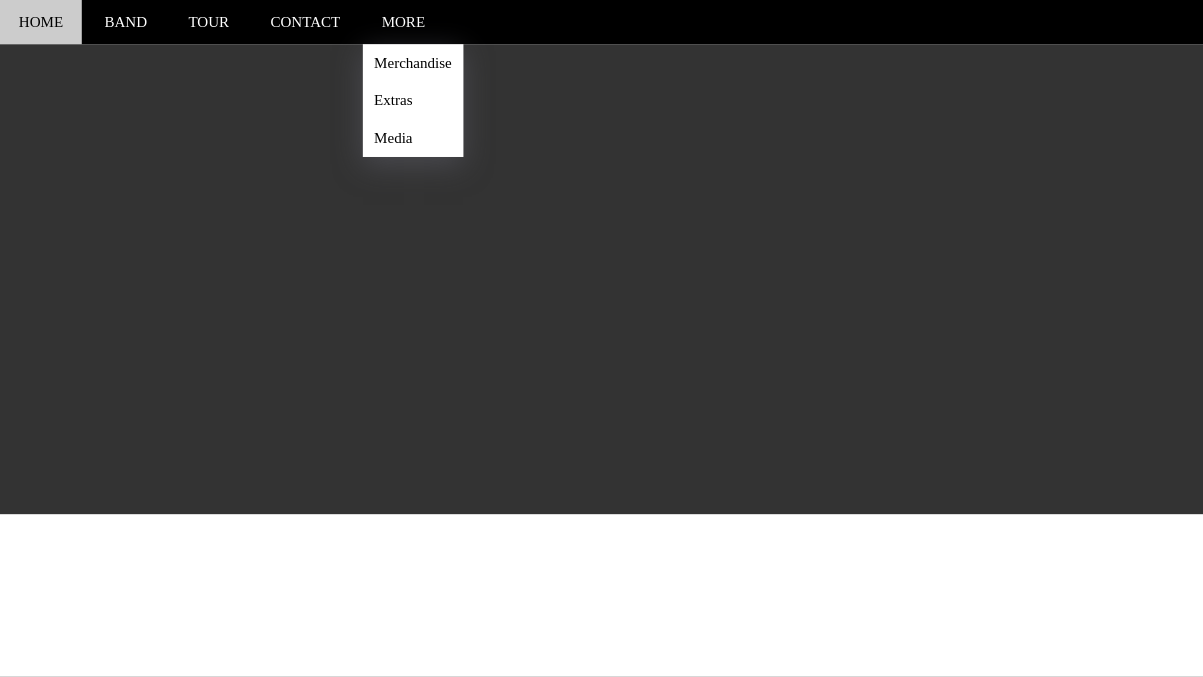
Repository: Dino0411/Dino0411.github.io
Page: index.html
The author's editor kept a copy of each file at every save. The page is drawn from the files as they stood at one save, then again after the next save.
The browser window is 1280 px wide. The pictures show the whole page, at 94% of full size.

Above is the page before, as saved 2021-10-03 22:17:33.

### index.html
<!DOCTYPE html>
<html lang="en">
<head>
    <meta charset="UTF-8">
    <meta http-equiv="X-UA-Compatible" content="IE=edge">
    <meta name="viewport" content="width=device-width, initial-scale=1.0">
    <link rel="stylesheet" href="./assets/css/style.css">
    <title>Document</title>
</head>
<body>
    <div id="main">
        <!-- TODO:header -->
        <div id="header">
            <ul id="nav">
                <li><a href="">Home</a></li>
                <li><a href="">Band</a></li>
                <li><a href="">Tour</a></li>
                <li><a href="">Contact</a></li>
                <li>
                    <a href="">More</a>
                    <ul class="subnav">
                        <li><a href="">Merchandise</a></li>
                        <li><a href="">Extras</a></li>
                        <li><a href="">Media</a></li>
                    </ul>
                </li>
            </ul>
        </div>
        <!-- TODO:slider -->
        <div id="slider">

        </div>
        <!-- TODO:content -->
        <div id="content">

        </div>
        <!-- TODO:footer -->
        <div id="footer">

        </div>
    </div>
</body>
</html>

### assets/css/style.css
/* ! reser css
    ! Emmet(p0;m0)
*/
* {
  margin: 0;
  padding: 0;
  box-sizing: border-box;
}

html {
  font-family: cursive;
}
/* TODO:start
TODO: từ ngoài vào trong
TODO: từ trên xuống dưới
TODO:tổng quan đến chi tiết
*/

/*
? vị trí
? kích thước(width,height)
? màu sắc
? kiểu dáng(kiểu chữ,...)
*/
#main {
}
#header {
  height: 47px;
  background-color: #000;
}
#nav,
.subnav {
  list-style: none;
}
#nav > li {
  display: inline-block;
  position: relative;
}
#nav > li > a {
  color: #fff;
  text-transform: uppercase;
}
#nav li a {
  text-decoration: none;
  padding: 0px 20px;
  line-height: 47px;
}
#nav > li:hover > a,
#nav .subnav a:hover {
  color: #000;
  background-color: #ccc;
  display: block;
}
#nav .subnav {
  /* display: none; */
  position: absolute;
  background-color: #fff;
  box-shadow: rgba(100, 100, 111, 0.5) 0px 7px 29px 0px;
}
#nav .subnav a {
  color: #000;
  padding: 0 12px;
  line-height: 40px;
}
#slider {
  min-height: 500px;
  background-color: #333;
}
#content {
}
#footer {
}

After the next save:
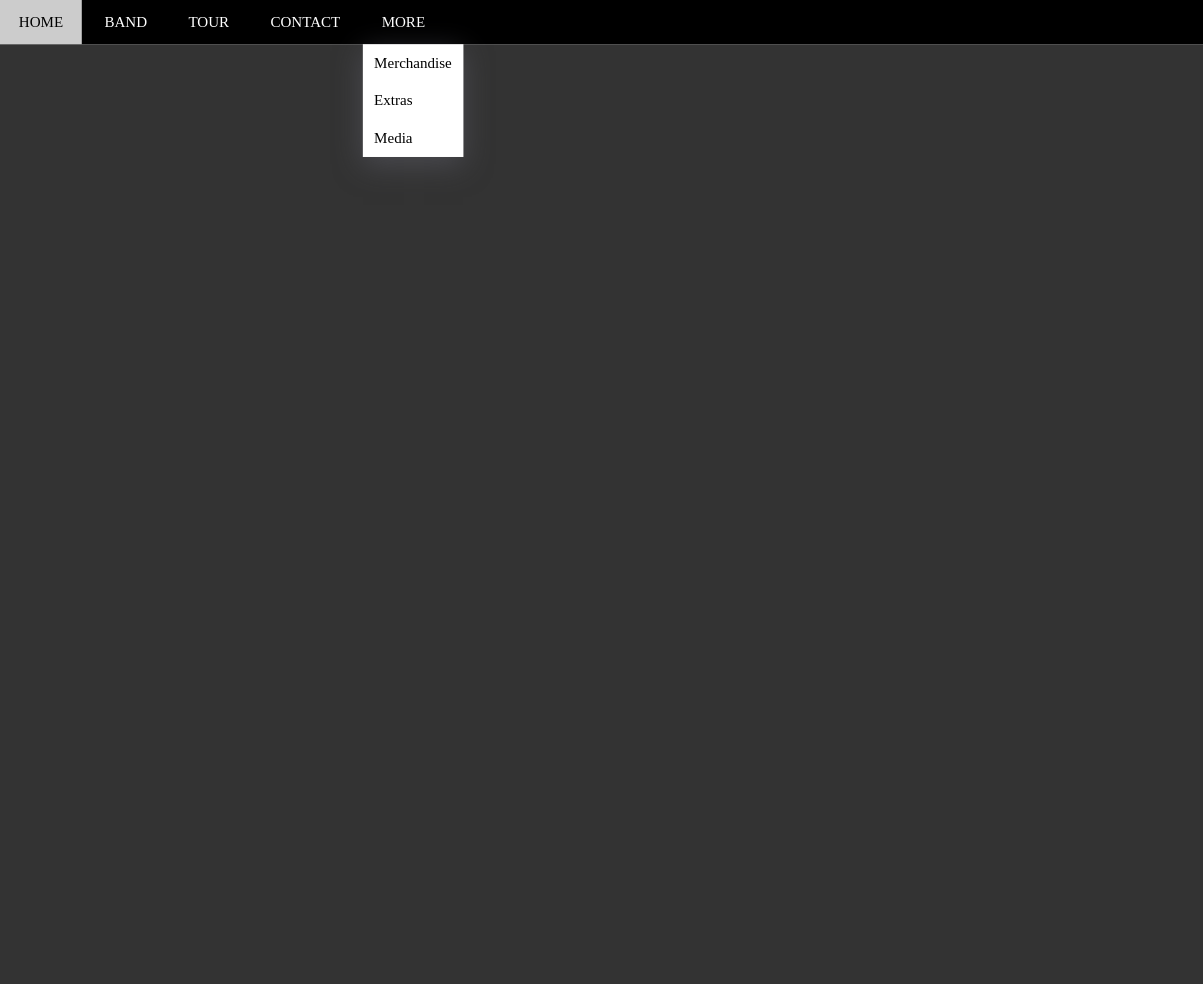
Saved 7 s later.
--- a/assets/css/style.css
+++ b/assets/css/style.css
@@ -63,7 +63,7 @@
   line-height: 40px;
 }
 #slider {
-  min-height: 500px;
+  min-height: 1000px;
   background-color: #333;
 }
 #content {

After the save that followed:
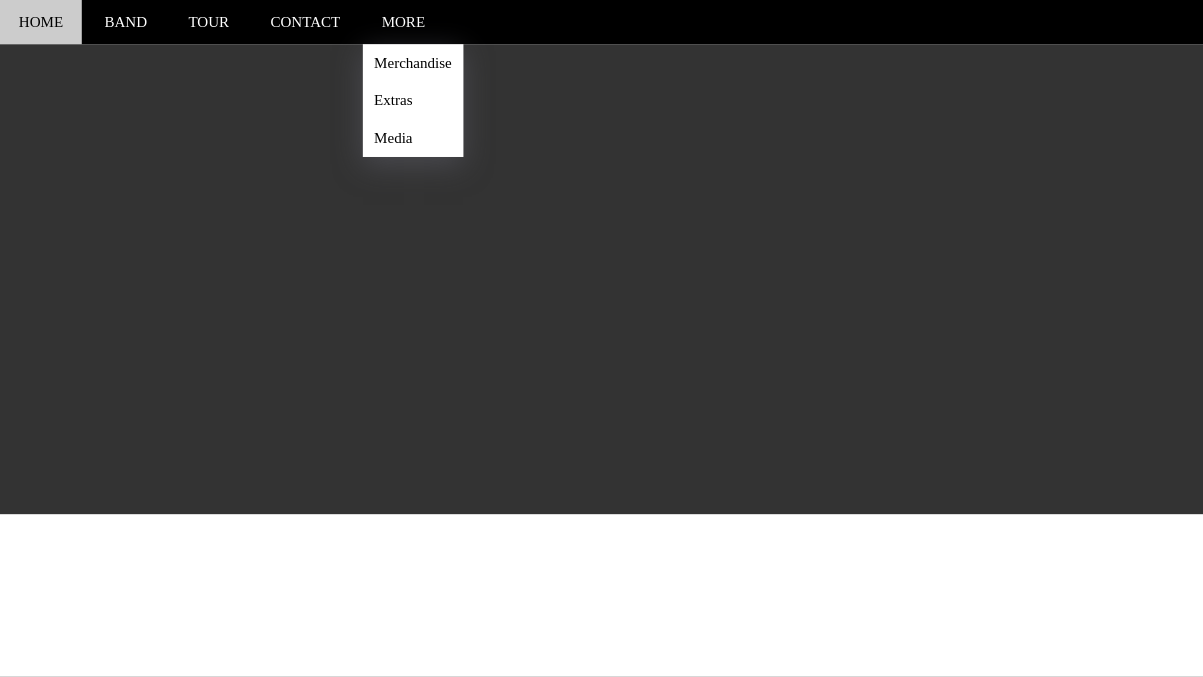
Saved 5 s later.
--- a/assets/css/style.css
+++ b/assets/css/style.css
@@ -63,7 +63,7 @@
   line-height: 40px;
 }
 #slider {
-  min-height: 1000px;
+  min-height: 500px;
   background-color: #333;
 }
 #content {
